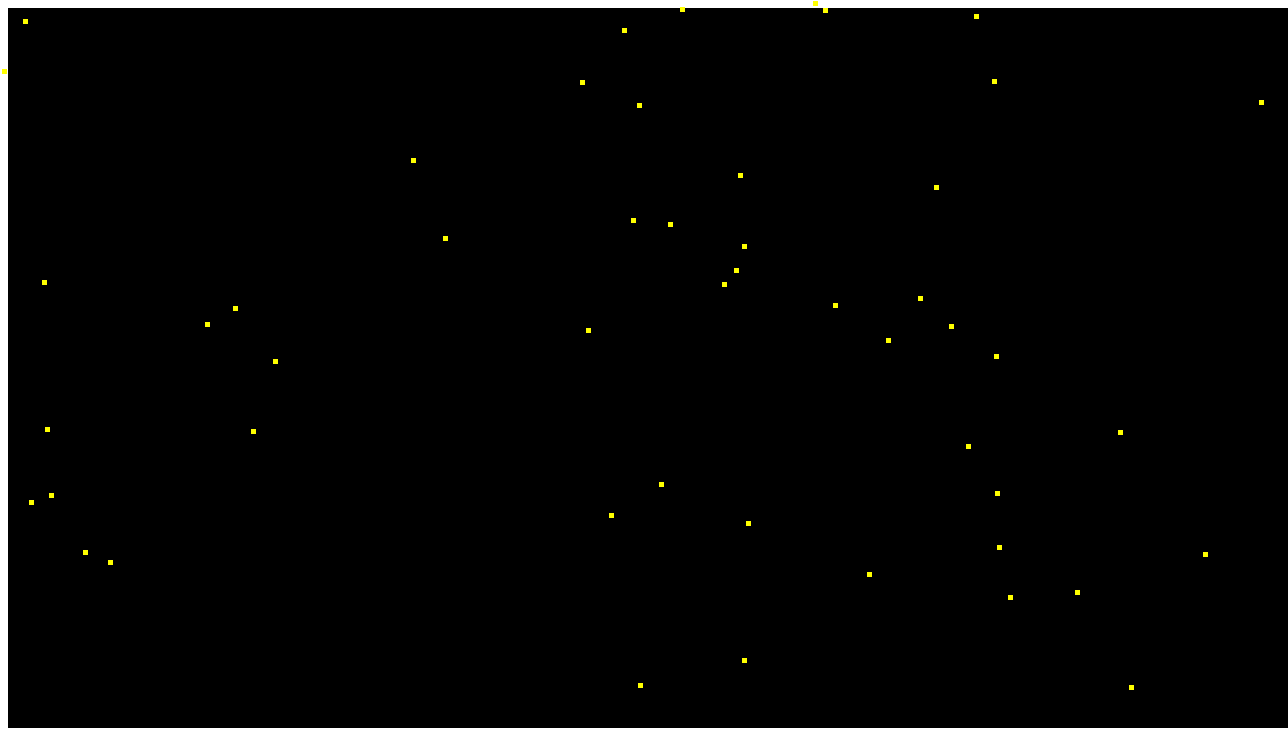
Repository: kamiour/Mouseeffect3
Page: index.html
These files come from the project's save history. The page is drawn as it stood at one moment and after the next save; the edit follows.
The browser window is 1280 px wide. The page is 1288 px wide, so the pictures cover 1288 px, including what lies to the right of the window. The pictures show the whole page.

Above is the page before, as saved 2019-11-03 15:28:14.

### index.html
<html !DOCTYPE>
<head>
  <title>Nice effect</title>
  <link rel="stylesheet" href="styles.css">
</head>
<body>
  <div id="one"></div>
  <script src="https://code.jquery.com/jquery-3.3.1.min.js"></script>
  <script src="js.js"></script>
</body>
</html>

### styles.css
#one {
  height: 100vh;
  width: 100vw;
  background: black;
}

.move {
  position: absolute;
  transition-duration: 3s;
  height: 5px;
  width: 5px;
  background: yellow;
}

### js.js
for (let i = 0; i<50; i++) {
	$("#one").append( '<div id="move-'+i+'" class="move"></div>')
}

let elementsArr = $(".move");

for (let i = 0; i < elementsArr.length; i++) {
  elementsArr[i].style.left = (window.innerWidth * Math.random());
  elementsArr[i].style.top = (window.innerHeight * Math.random());
}

$(window).mousemove(function(event) {
  for (let i = 0; i < elementsArr.length; i++) {
    console.log(elementsArr[i].offsetLeft, event.pageX)
    if (elementsArr[i].offsetLeft < event.pageX) {
      elementsArr[i].offsetLeft = 20;
    }
    elementsArr[i].style.top = (event.pageY);
  }
});

After the next save:
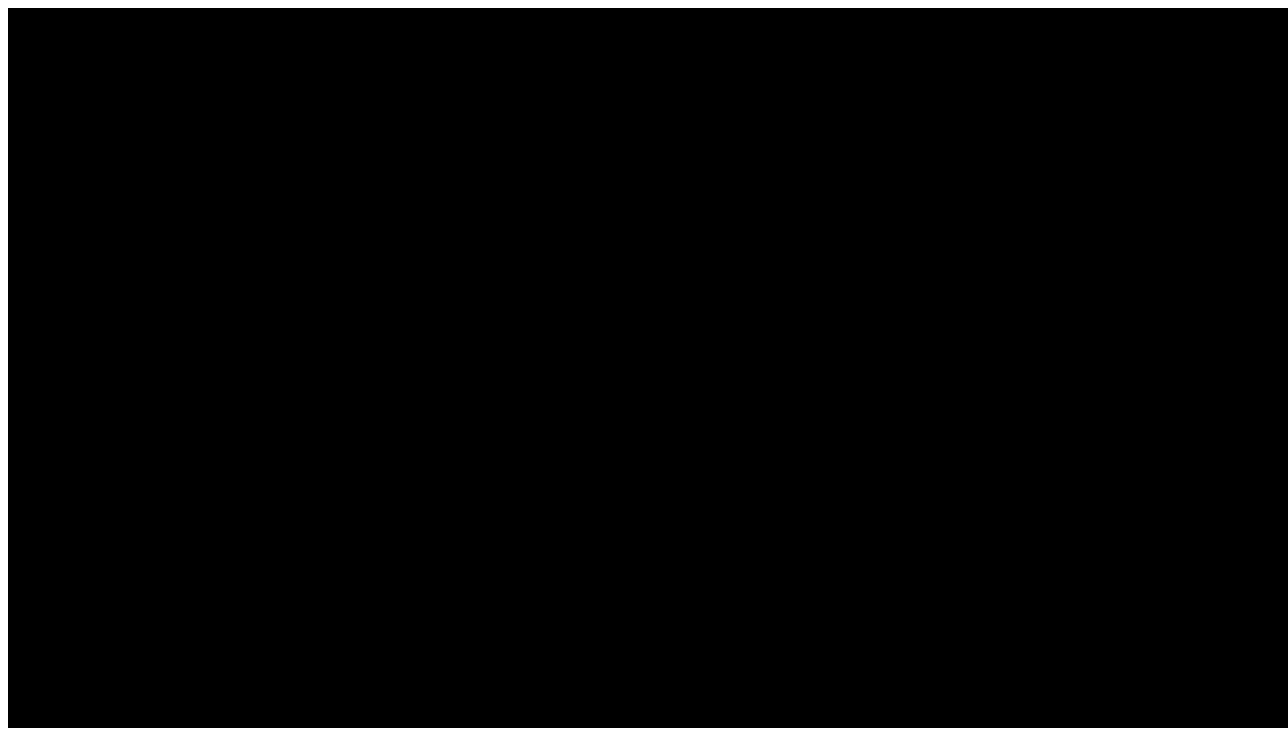
Console error: SyntaxError: Invalid or unexpected token
Saved 48 s later.
--- a/js.js
+++ b/js.js
@@ -13,7 +13,7 @@
   for (let i = 0; i < elementsArr.length; i++) {
     console.log(elementsArr[i].offsetLeft, event.pageX)
     if (elementsArr[i].offsetLeft < event.pageX) {
-      elementsArr[i].offsetLeft = 20;
+      elementsArr[i].style.left = 20px;
     }
     elementsArr[i].style.top = (event.pageY);
   }

After the save that followed:
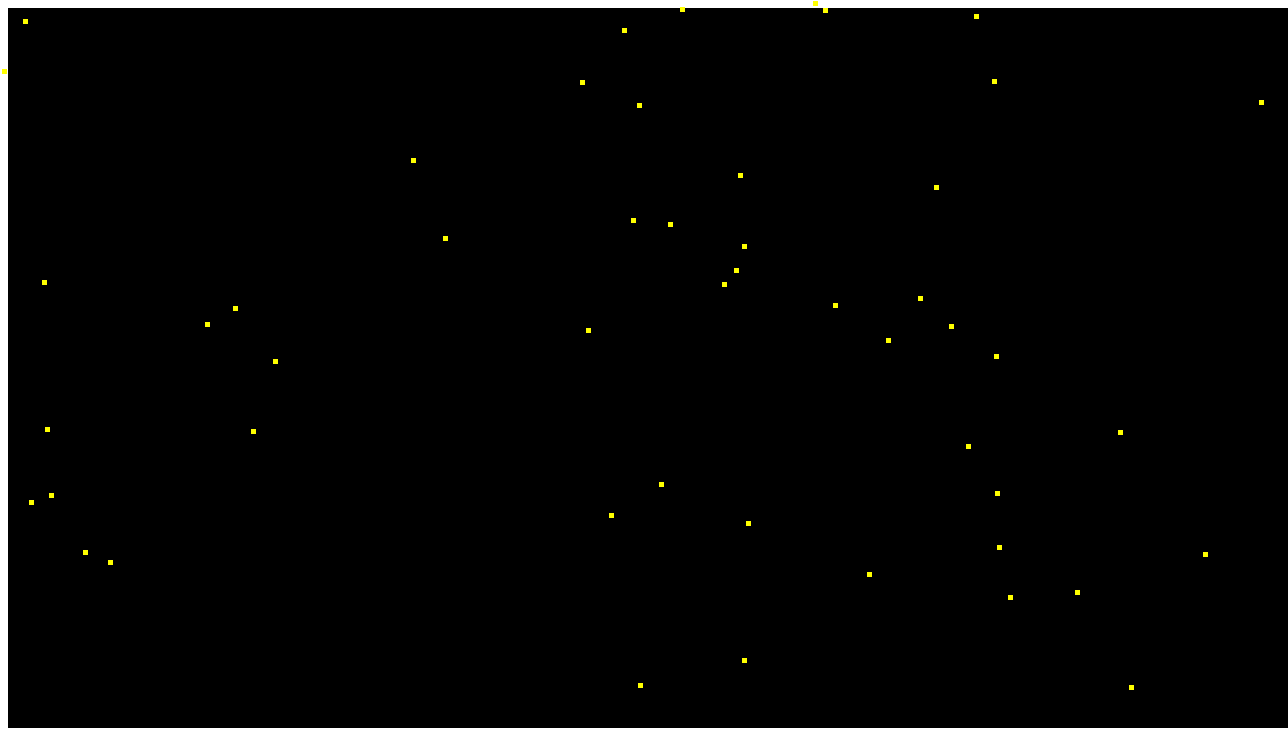
The error is gone.
Saved 4 s later.
--- a/js.js
+++ b/js.js
@@ -13,7 +13,7 @@
   for (let i = 0; i < elementsArr.length; i++) {
     console.log(elementsArr[i].offsetLeft, event.pageX)
     if (elementsArr[i].offsetLeft < event.pageX) {
-      elementsArr[i].style.left = 20px;
+      elementsArr[i].style.left = 20;
     }
     elementsArr[i].style.top = (event.pageY);
   }
